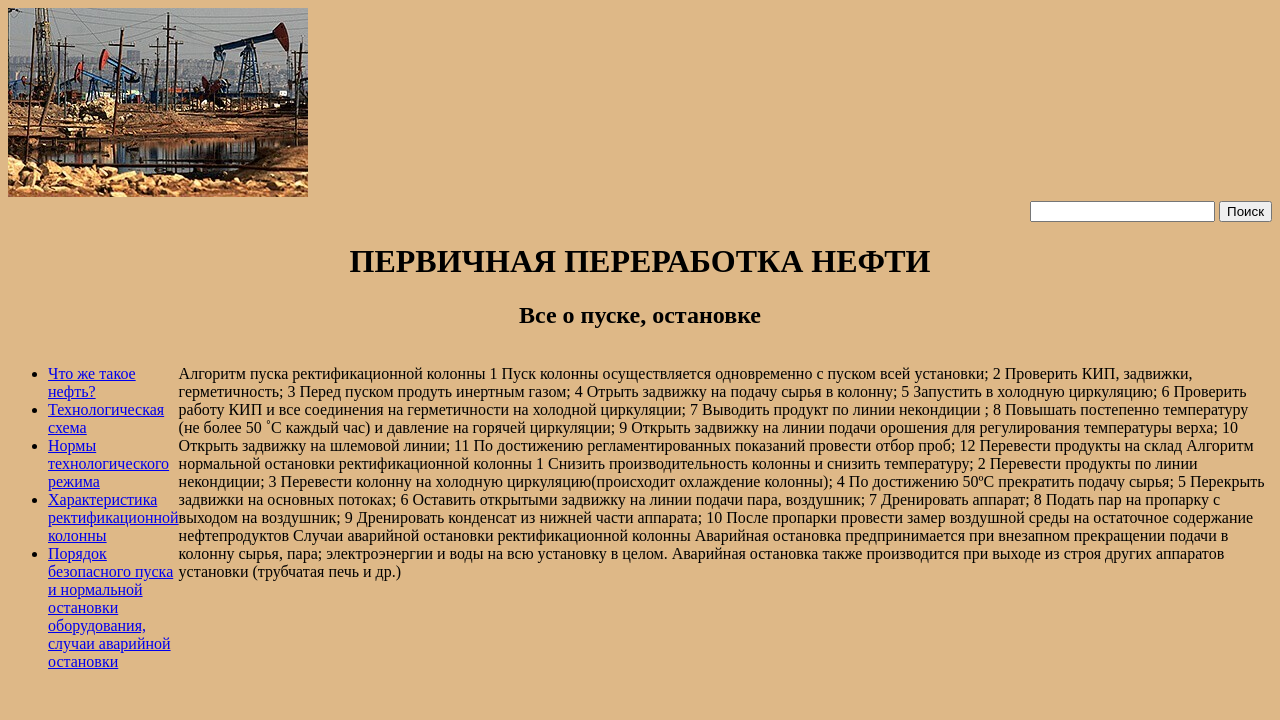
Repository: NastyaSeleznev/NastyaSeleznev.githab.io
Page: week1/por.html
The author's editor kept a record of every edit. The page is drawn from the files as they stood at one moment, then again after the next edit.
The browser window is 1280 px wide. The pictures show the whole page.

Above is the page before.

### week1/por.html
<!doctype html>
	<html>
		<head>
			<meta charset="utf-8">
			<link href="style.css" rel="stylesheet">
		<title>Порядок безопасного пуска и нормальной остановки оборудования, случаи аварийной остановки</title>
		</head>
		<body>
			<header>
		<img src="dobycha-nefti.jpg">
		<form action="https://www.google.com/search" method="get" align="right">
  <input type="Искать здесь..." name="search">
  <input type="submit" value="Поиск">
</form>
		<h1 align="center">ПЕРВИЧНАЯ ПЕРЕРАБОТКА НЕФТИ</h1>
			</header>
				<h2 align="center">Все о пуске, остановке</h2>
				<div id="flex"
			<nav>
					<ul>
	<li><a href="nevti.html">Что же такое нефть?</a></li>
	<li><a href="sxem.html">Технологическая схема</a></li>
	<li><a href="norm.html">Нормы технологического режима</a></li>
	<li><a href="harakter.html">Характеристика ректификационной колонны</a></li>
	<li><a href="por.html">Порядок безопасного пуска и нормальной остановки оборудования, случаи аварийной остановки</a></li>
	</ul>
	</nav>
				<main>
			<p> Алгоритм пуска ректификационной колонны
1	Пуск колонны осуществляется одновременно с пуском всей установки;
2	Проверить КИП, задвижки, герметичность;
3	Перед пуском продуть инертным газом;
4	Отрыть задвижку на подачу сырья в колонну;
5	Запустить в холодную циркуляцию;
6	Проверить работу КИП и все соединения на герметичности на холодной
циркуляции;
7	Выводить продукт по линии некондиции ;
8	Повышать постепенно температуру (не более 50 ˚С каждый час) и давление на горячей циркуляции;
9	Открыть задвижку на линии подачи орошения для регулирования температуры верха;
10	 Открыть задвижку на шлемовой линии;
11	 По достижению регламентированных показаний провести отбор проб;
12	 Перевести продукты на склад
Алгоритм нормальной остановки ректификационной колонны
1	Снизить производительность колонны и снизить температуру;
2	Перевести продукты по линии некондиции;
3	Перевести колонну на холодную циркуляцию(происходит охлаждение
колонны);
4	По достижению 50ºС прекратить подачу сырья;
5	Перекрыть задвижки на основных потоках;
6	Оставить открытыми задвижку на линии подачи пара, воздушник;
7	Дренировать аппарат;
8	Подать пар на пропарку с выходом на воздушник;
9	 Дренировать конденсат из нижней части аппарата;
10	 После пропарки провести замер воздушной среды на остаточное
содержание нефтепродуктов
 Случаи аварийной остановки ректификационной колонны
 Аварийная остановка предпринимается при внезапном прекращении подачи  в колонну сырья, пара; электроэнергии и воды на всю установку в целом. Аварийная остановка также производится при выходе из строя других аппаратов установки (трубчатая печь и др.)



			</main>
			</div>
		</body>
	</html>
	<main>

### week1/style.css
body {
  background-color: #DEB887;
}
#flex {
  display: flex;
  flex-direction: row;
  justify-content: flex-start;
}

nav {
     background-color: #DA70D6;
}

After the next edit:
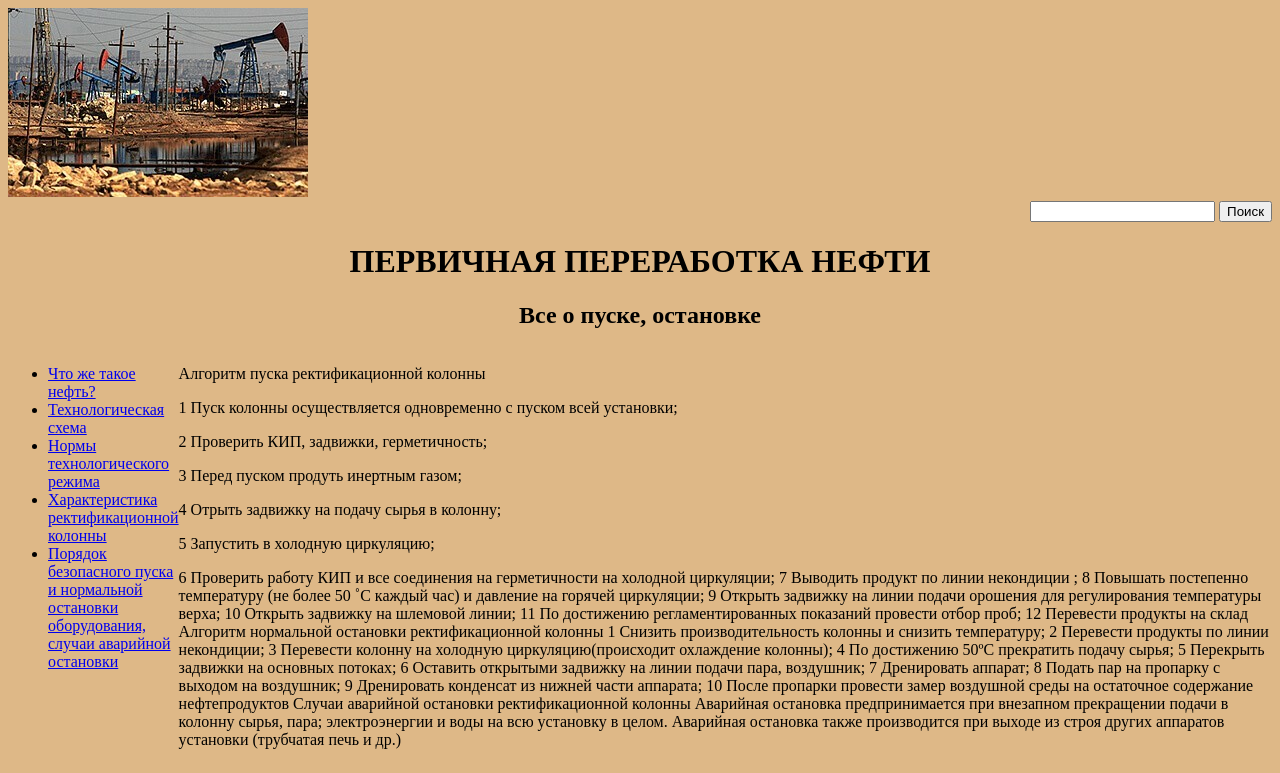
The edit:
--- a/week1/por.html
+++ b/week1/por.html
@@ -27,12 +27,12 @@
 	</nav>
 				<main>
 			<p> Алгоритм пуска ректификационной колонны
-1	Пуск колонны осуществляется одновременно с пуском всей установки;
-2	Проверить КИП, задвижки, герметичность;
-3	Перед пуском продуть инертным газом;
-4	Отрыть задвижку на подачу сырья в колонну;
-5	Запустить в холодную циркуляцию;
-6	Проверить работу КИП и все соединения на герметичности на холодной
+<p>1	Пуск колонны осуществляется одновременно с пуском всей установки;
+<p>2	Проверить КИП, задвижки, герметичность;
+<p>3	Перед пуском продуть инертным газом;
+<p>4	Отрыть задвижку на подачу сырья в колонну;
+<p>5	Запустить в холодную циркуляцию;
+<p>6	Проверить работу КИП и все соединения на герметичности на холодной
 циркуляции;
 7	Выводить продукт по линии некондиции ;
 8	Повышать постепенно температуру (не более 50 ˚С каждый час) и давление на горячей циркуляции;
